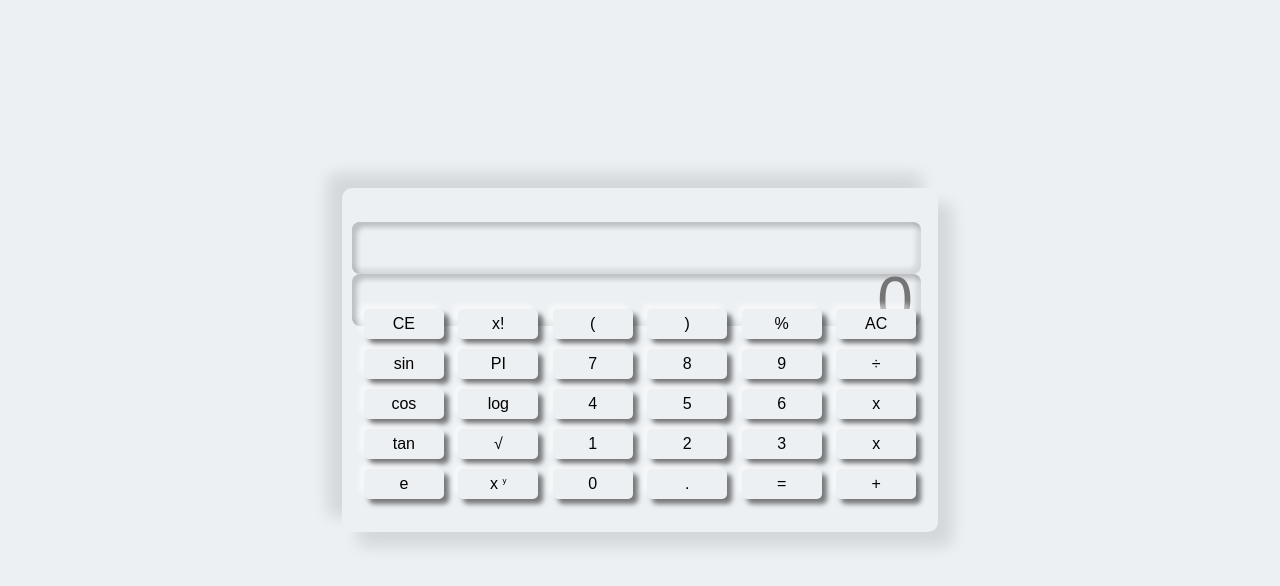
Repository: Haakim19/Scientific-Calculator
Page: intex.html
The author's editor kept a copy of each file at every save. The page is drawn from the files as they stood at one save, then again after the next save.
The browser window is 1280 px wide. The pictures show the whole page.

Above is the page before, as saved 2024-10-27 12:32:50.

After the next save:
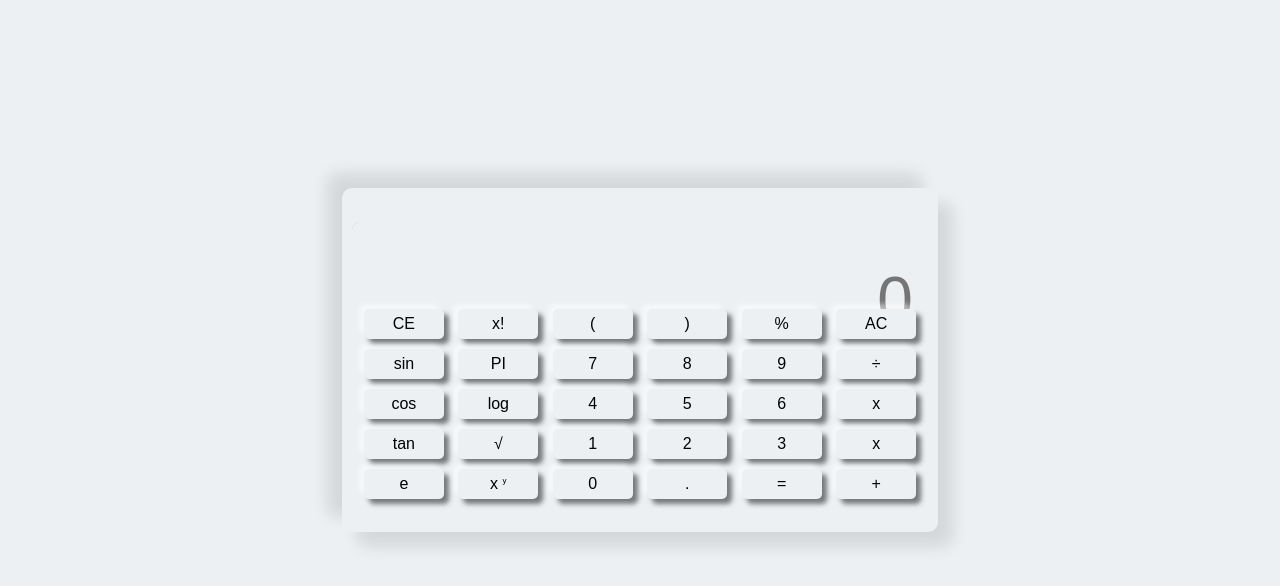
Saved 9 s later.
--- a/Style.css
+++ b/Style.css
@@ -61,8 +61,7 @@ body{
     background:#ecf0f3;
     display: flex;
     flex-direction: column;
-    box-shadow: inset 5px 5px 5px rgba(0, 0, 0, 0.2),
-                inset -5px -5px 5px rgba(0, 0, 0, 0.1);
+
 }
 
  /* #screen2{
